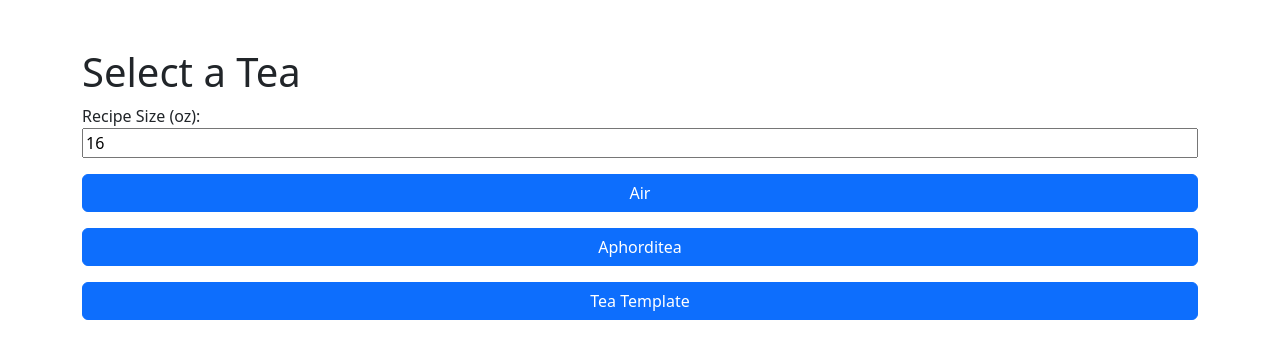
Repository: ChaidGPT/CKBatchHelper
Page: index.html
These files come from the project's save history. The page is drawn as it stood at one moment and after the next save; the edit follows.
The browser window is 1280 px wide. The pictures show the whole page.

Above is the page before, as saved 2023-06-27 11:48:44.

### index.html
<!DOCTYPE html>
<html lang="en">

<head>
  <meta charset="UTF-8">
  <meta name="viewport" content="width=device-width, initial-scale=1.0">
  <title>Your One-Page Website</title>
  <!-- Bootstrap CSS -->
  <link href="https://cdn.jsdelivr.net/npm/bootstrap@5.3.0/dist/css/bootstrap.min.css" rel="stylesheet"
    integrity="sha384-9ndCyUaIbzAi2FUVXJi0CjmCapSmO7SnpJef0486qhLnuZ2cdeRhO02iuK6FUUVM" crossorigin="anonymous">
</head>

<body>
  <!-- Main content -->
  <main>
    <section id="section1" class="py-5">
      <div class="container">
        <h1>Select a Tea</h1>
        <!-- Air tea starts -->
        <div class="d-flex flex-column">
          <label for="recipeSize">Recipe Size (oz):</label>
          <input type="number" id="recipeSize" min="1" value="16" step="1">
          <button class="btn btn-primary mt-3" type="button" data-bs-toggle="collapse" data-bs-target="#airCollapse"
            aria-expanded="false" aria-controls="airCollapse">
            Air
          </button>
        </div>
        <!-- Air tea ends -->

        <!-- Aphorditea starts -->
        <div class="d-flex flex-column">
          <button class="btn btn-primary mt-3" type="button" data-bs-toggle="collapse" data-bs-target="#aphorditeaCollapse"
            aria-expanded="false" aria-controls="aphorditeaCollapse">
            Aphorditea
          </button>
        </div>
        <!-- Aphorditea ends -->

        <!-- Tea template starts -->
        <div class="d-flex flex-column">
          <button class="btn btn-primary mt-3" type="button" data-bs-toggle="collapse" data-bs-target="#teaTemplateCollapse"
            aria-expanded="false" aria-controls="teaTemplateCollapse">
            Tea Template
          </button>
        </div>
        <!-- Tea template ends -->

        <!-- Air tea collapse content -->
        <div class="collapse mt-3" id="airCollapse">
          <div class="card card-body">
            <table class="table">
              <thead>
                <tr>
                  <th>Ingredient</th>
                  <th>Quantity (oz)</th>
                </tr>
              </thead>
              <tbody>
                <tr>
                  <td>Dandelion Leaf</td>
                  <td class="ingredientQty" data-ingredient="dandelionLeaf" data-base-quantity="4">4</td>
                </tr>
                <tr>
                  <td>Borage</td>
                  <td class="ingredientQty" data-ingredient="borage" data-base-quantity="3">3</td>
                </tr>
                <tr>
                  <td>Peppermint Leaf</td>
                  <td class="ingredientQty" data-ingredient="peppermintLeaf" data-base-quantity="3">3</td>
                </tr>
                <tr>
                  <td>Lavender</td>
                  <td class="ingredientQty" data-ingredient="lavender" data-base-quantity="1">1</td>
                </tr>
                <tr>
                  <td>Lemongrass</td>
                  <td class="ingredientQty" data-ingredient="lemongrass" data-base-quantity="3">3</td>
                </tr>
                <tr>
                  <td>Honeysuckle</td>
                  <td class="ingredientQty" data-ingredient="honeysuckle" data-base-quantity="2">2</td>
                </tr>
              </tbody>
            </table>
          </div>
        </div>

        <!-- Aphorditea collapse content -->
        <div class="collapse mt-3" id="aphorditeaCollapse">
          <div class="card card-body">
            <table class="table">
              <thead>
                <tr>
                  <th>Ingredient</th>
                  <th>Quantity (oz)</th>
                </tr>
              </thead>
              <tbody>
                <tr>
                  <td>Dehydrated Apples</td>
                  <td class="ingredientQty" data-ingredient="dehydratedApples" data-base-quantity="3">3</td>
                </tr>
                <tr>
                  <td>Rose Petals</td>
                  <td class="ingredientQty" data-ingredient="rosePetals" data-base-quantity="4">4</td>
                </tr>
                <tr>
                  <td>Rosehips</td>
                  <td class="ingredientQty" data-ingredient="rosehips" data-base-quantity="3">3</td>
                </tr>
                <tr>
                  <td>Linden</td>
                  <td class="ingredientQty" data-ingredient="linden" data-base-quantity="2">2</td>
                </tr>
                <tr>
                  <td>Oregano</td>
                  <td class="ingredientQty" data-ingredient="oregano" data-base-quantity="1">1</td>
                </tr>
                <tr>
                  <td>Hawthorn Berries</td>
                  <td class="ingredientQty" data-ingredient="hawthornBerries" data-base-quantity="3">3</td>
                </tr>
              </tbody>
            </table>
          </div>
        </div>

        <!-- Tea template collapse content -->
        <div class="collapse mt-3" id="teaTemplateCollapse">
          <div class="card card-body">
            <table class="table">
              <thead>
                <tr>
                  <th>Ingredient</th>
                  <th>Quantity (oz)</th>
                </tr>
              </thead>
              <tbody>
                <tr>
                  <td>Ingredient 1</td>
                  <td class="ingredientQty" data-ingredient="ingredient1" data-base-quantity="0">0</td>
                </tr>
                <tr>
                  <td>Ingredient 2</td>
                  <td class="ingredientQty" data-ingredient="ingredient2" data-base-quantity="0">0</td>
                </tr>
                <tr>
                  <td>Ingredient 3</td>
                  <td class="ingredientQty" data-ingredient="ingredient3" data-base-quantity="0">0</td>
                </tr>
                <tr>
                  <td>Ingredient 4</td>
                  <td class="ingredientQty" data-ingredient="ingredient4" data-base-quantity="0">0</td>
                </tr>
                <tr>
                  <td>Ingredient 5</td>
                  <td class="ingredientQty" data-ingredient="ingredient5" data-base-quantity="0">0</td>
                </tr>
                <tr>
                  <td>Ingredient 6</td>
                  <td class="ingredientQty" data-ingredient="ingredient6" data-base-quantity="0">0</td>
                </tr>
              </tbody>
            </table>
          </div>
        </div>

      </div>
    </section>

  </main>

  <!-- Bootstrap JS -->
  <script src="https://cdn.jsdelivr.net/npm/bootstrap@5.3.0/dist/js/bootstrap.bundle.min.js"
    integrity="sha384-geWF76RCwLtnZ8qwWowPQNguL3RmwHVBC9FhGdlKrxdiJJigb/j/68SIy3Te4Bkz" crossorigin="anonymous"></script>
  <script>
    document.addEventListener("DOMContentLoaded", function () {
      // Recipe size input event listener
      const recipeSizeInput = document.getElementById("recipeSize");
      recipeSizeInput.addEventListener("input", function () {
        const recipeSize = parseInt(this.value);
        const ingredientQtyElements = document.getElementsByClassName("ingredientQty");
        for (let i = 0; i < ingredientQtyElements.length; i++) {
          const ingredientQtyElement = ingredientQtyElements[i];
          const baseQuantity = parseFloat(ingredientQtyElement.dataset.baseQuantity);
          const newQuantity = baseQuantity * (recipeSize / 16);
          ingredientQtyElement.textContent = newQuantity.toFixed(1);
        }
      });
    });
  </script>
</body>

</html>

After the next save:
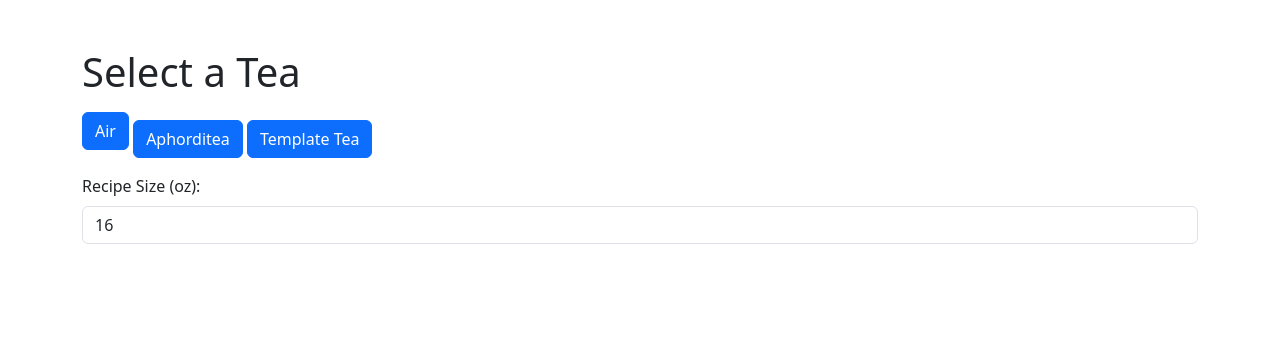
Saved 10 min 18 s later.
--- a/index.html
+++ b/index.html
@@ -16,36 +16,12 @@
     <section id="section1" class="py-5">
       <div class="container">
         <h1>Select a Tea</h1>
-        <!-- Air tea starts -->
-        <div class="d-flex flex-column">
-          <label for="recipeSize">Recipe Size (oz):</label>
-          <input type="number" id="recipeSize" min="1" value="16" step="1">
-          <button class="btn btn-primary mt-3" type="button" data-bs-toggle="collapse" data-bs-target="#airCollapse"
-            aria-expanded="false" aria-controls="airCollapse">
-            Air
-          </button>
-        </div>
-        <!-- Air tea ends -->
 
-        <!-- Aphorditea starts -->
-        <div class="d-flex flex-column">
-          <button class="btn btn-primary mt-3" type="button" data-bs-toggle="collapse" data-bs-target="#aphorditeaCollapse"
-            aria-expanded="false" aria-controls="aphorditeaCollapse">
-            Aphorditea
-          </button>
-        </div>
-        <!-- Aphorditea ends -->
-
-        <!-- Tea template starts -->
-        <div class="d-flex flex-column">
-          <button class="btn btn-primary mt-3" type="button" data-bs-toggle="collapse" data-bs-target="#teaTemplateCollapse"
-            aria-expanded="false" aria-controls="teaTemplateCollapse">
-            Tea Template
-          </button>
-        </div>
-        <!-- Tea template ends -->
-
-        <!-- Air tea collapse content -->
+        <!-- Air button -->
+        <button class="btn btn-primary" type="button" data-bs-toggle="collapse" data-bs-target="#airCollapse"
+          aria-expanded="false" aria-controls="airCollapse">
+          Air
+        </button>
         <div class="collapse mt-3" id="airCollapse">
           <div class="card card-body">
             <table class="table">
@@ -85,7 +61,11 @@
           </div>
         </div>
 
-        <!-- Aphorditea collapse content -->
+        <!-- Aphorditea button -->
+        <button class="btn btn-primary mt-3" type="button" data-bs-toggle="collapse"
+          data-bs-target="#aphorditeaCollapse" aria-expanded="false" aria-controls="aphorditeaCollapse">
+          Aphorditea
+        </button>
         <div class="collapse mt-3" id="aphorditeaCollapse">
           <div class="card card-body">
             <table class="table">
@@ -125,8 +105,12 @@
           </div>
         </div>
 
-        <!-- Tea template collapse content -->
-        <div class="collapse mt-3" id="teaTemplateCollapse">
+        <!-- Template button -->
+        <button class="btn btn-primary mt-3" type="button" data-bs-toggle="collapse"
+          data-bs-target="#templateCollapse" aria-expanded="false" aria-controls="templateCollapse">
+          Template Tea
+        </button>
+        <div class="collapse mt-3" id="templateCollapse">
           <div class="card card-body">
             <table class="table">
               <thead>
@@ -165,6 +149,11 @@
           </div>
         </div>
 
+        <!-- Recipe size input -->
+        <div class="mt-3">
+          <label for="recipeSize" class="form-label">Recipe Size (oz):</label>
+          <input type="number" class="form-control" id="recipeSize" value="16">
+        </div>
       </div>
     </section>
 
@@ -174,18 +163,17 @@
   <script src="https://cdn.jsdelivr.net/npm/bootstrap@5.3.0/dist/js/bootstrap.bundle.min.js"
     integrity="sha384-geWF76RCwLtnZ8qwWowPQNguL3RmwHVBC9FhGdlKrxdiJJigb/j/68SIy3Te4Bkz" crossorigin="anonymous"></script>
   <script>
-    document.addEventListener("DOMContentLoaded", function () {
-      // Recipe size input event listener
-      const recipeSizeInput = document.getElementById("recipeSize");
-      recipeSizeInput.addEventListener("input", function () {
-        const recipeSize = parseInt(this.value);
-        const ingredientQtyElements = document.getElementsByClassName("ingredientQty");
-        for (let i = 0; i < ingredientQtyElements.length; i++) {
-          const ingredientQtyElement = ingredientQtyElements[i];
-          const baseQuantity = parseFloat(ingredientQtyElement.dataset.baseQuantity);
-          const newQuantity = baseQuantity * (recipeSize / 16);
-          ingredientQtyElement.textContent = newQuantity.toFixed(1);
-        }
+    // Recipe size functionality
+    const ingredientQtyElements = document.querySelectorAll('.ingredientQty');
+    const recipeSizeInput = document.getElementById('recipeSize');
+
+    recipeSizeInput.addEventListener('input', function () {
+      const recipeSize = Number(recipeSizeInput.value);
+      ingredientQtyElements.forEach(function (element) {
+        const baseQuantity = Number(element.dataset.baseQuantity);
+        const ingredient = element.dataset.ingredient;
+        const newQuantity = (baseQuantity * recipeSize) / 16; // 16 is the base recipe size
+        element.textContent = newQuantity.toFixed(2);
       });
     });
   </script>
